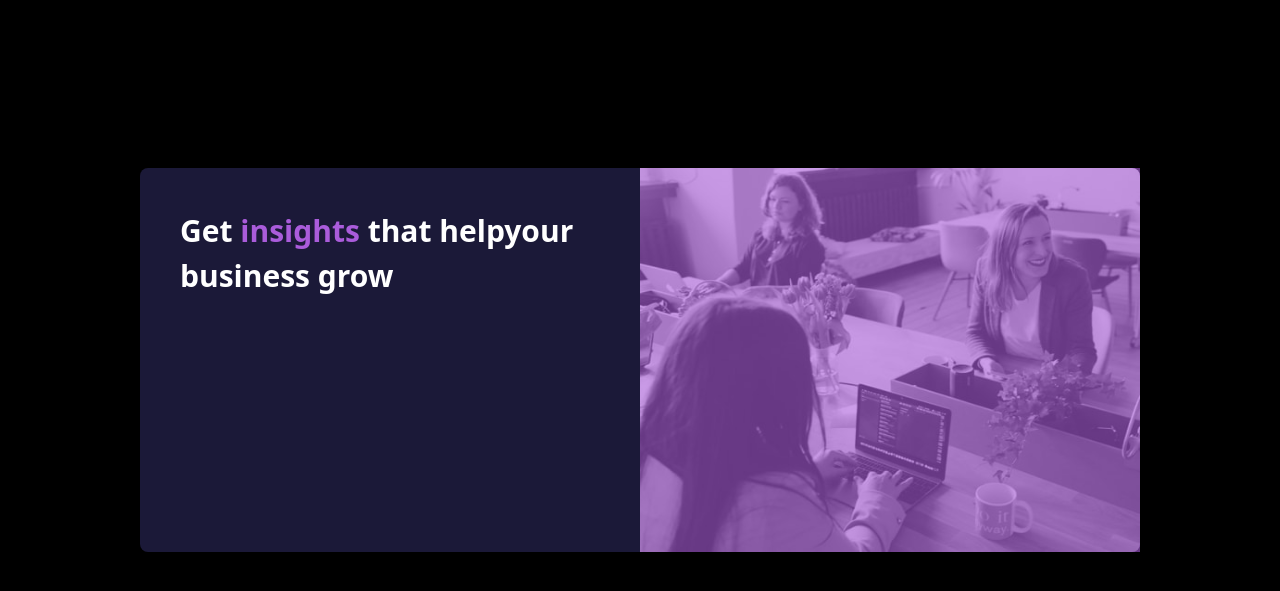
Repository: BerlinWebDev/FrontendMaster_PreviewMentor
Page: /
The author's editor kept a copy of each file at every save. The page is drawn from the files as they stood at one save, then again after a run of saves.
The browser window is 1280 px wide. The pictures show the whole page.
The project was rebuilt for these pictures with package versions that can differ from the ones it lists, and the page was loaded fresh each time.

Above is the page before, as saved 2023-11-11 19:24:13.

### src/App.js
import Image from "./assets/image-header-desktop.jpg";

function App() {
  return (
    <>
      <header>
        <title>Challenge</title>
        <meta name="description" content="Challenge" />
        <link rel="icon" href="/favicon.ico" />
      </header>
      <main className="flex min-h-screen flex-col items-center justify-center bg-black">
        <div className="flex h-96 w-[1000px] rounded-lg bg-[#1b1938]">
          <aside className="w-1/2  rounded-l-lg">
            <div className="p-10">
              <div className="text-[30px] text-white font-bold">
                Get <span className="text-[#aa5cdb]">insights</span> that help
                <b />
                your business grow
              </div>
            </div>
          </aside>
          <aside className="w-1/2  rounded-lg relative">
            <div className="absolute inset-0 bg-[#aa5cdb] opacity-60"></div>
            <img
              className=" h-full w-full rounded-r-lg"
              src={Image}
              alt="Header-Desktop"
            />
          </aside>
        </div>
      </main>
    </>
  );
}

export default App;

Loaded but not shown: public/index.html (common file); src/index.js (common file); src/index.css (common file); tailwind.config.js (common file)

After the next 2 saves:
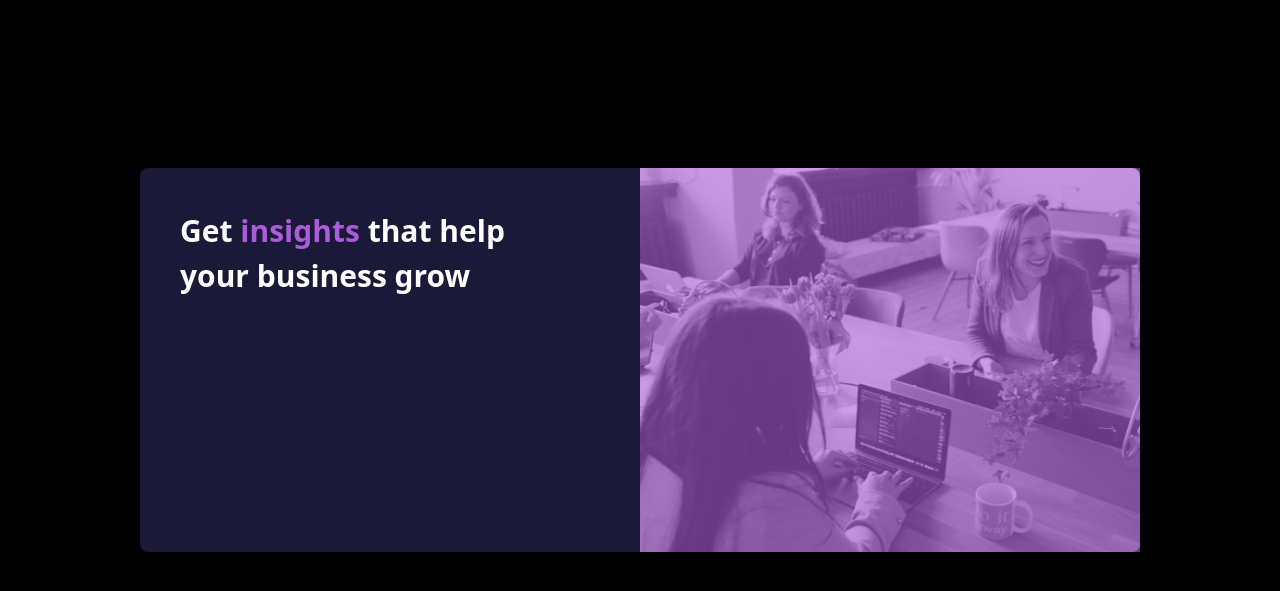
The 2 saves are shown as one change because they came seconds apart.
The last was saved 9 s later.
--- a/src/App.js
+++ b/src/App.js
@@ -14,7 +14,7 @@ function App() {
             <div className="p-10">
               <div className="text-[30px] text-white font-bold">
                 Get <span className="text-[#aa5cdb]">insights</span> that help
-                <b />
+                <br />
                 your business grow
               </div>
             </div>
